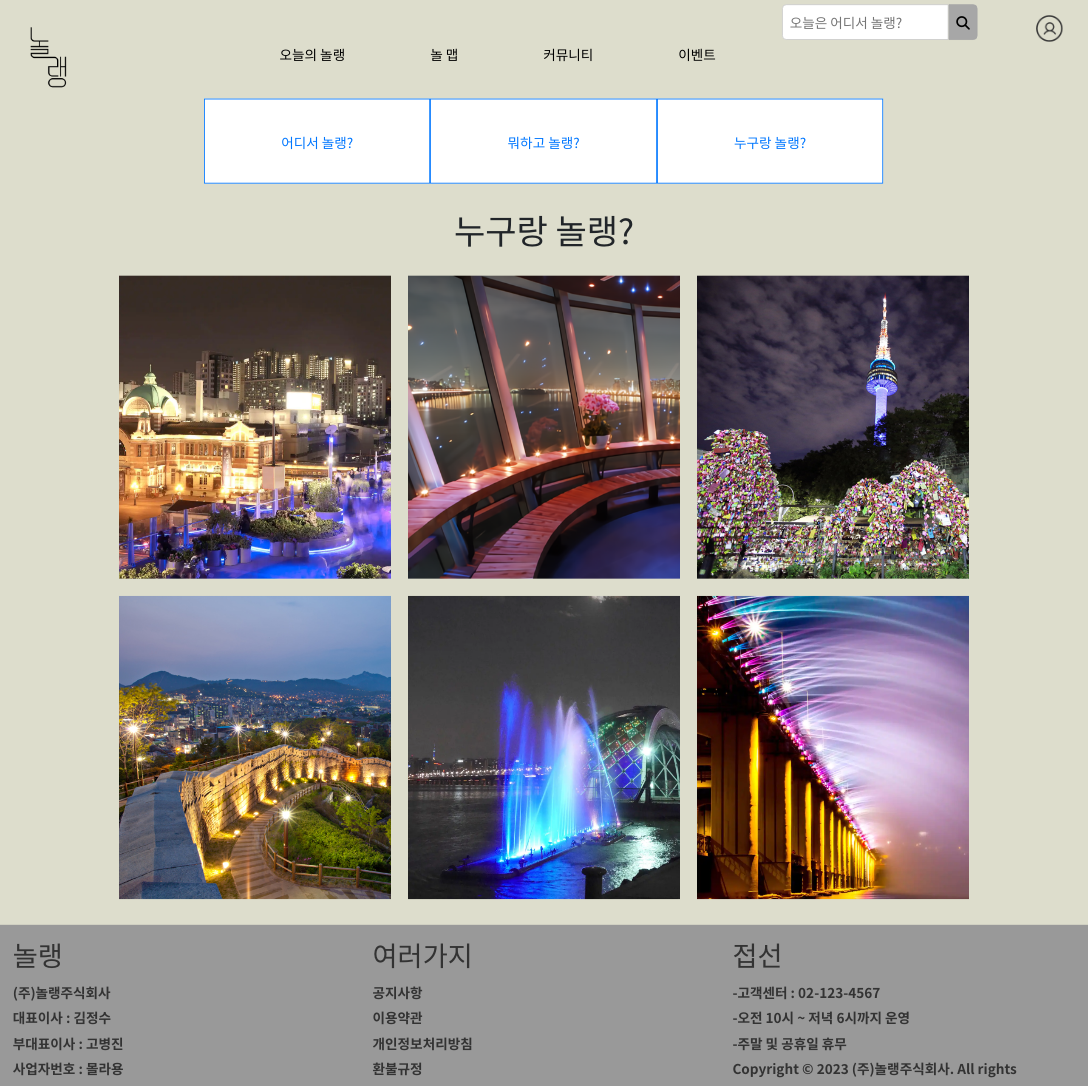
Repository: rrqrw/-
Page: http://localhost/noll_project/who/who2.jsp
The author's editor kept a copy of each file at every save. The page is drawn from the files as they stood at one save, then again after the next save.
The browser window is 1280 px wide. The pictures show the whole page, at 85% of full size.
Some web fonts or font styles are not loaded; a fallback is used. Some web libraries are served in a nearby version. The page is served by Tomcat 9.

Above is the page before, as saved 2023-12-12 12:18:27.

After the next save:
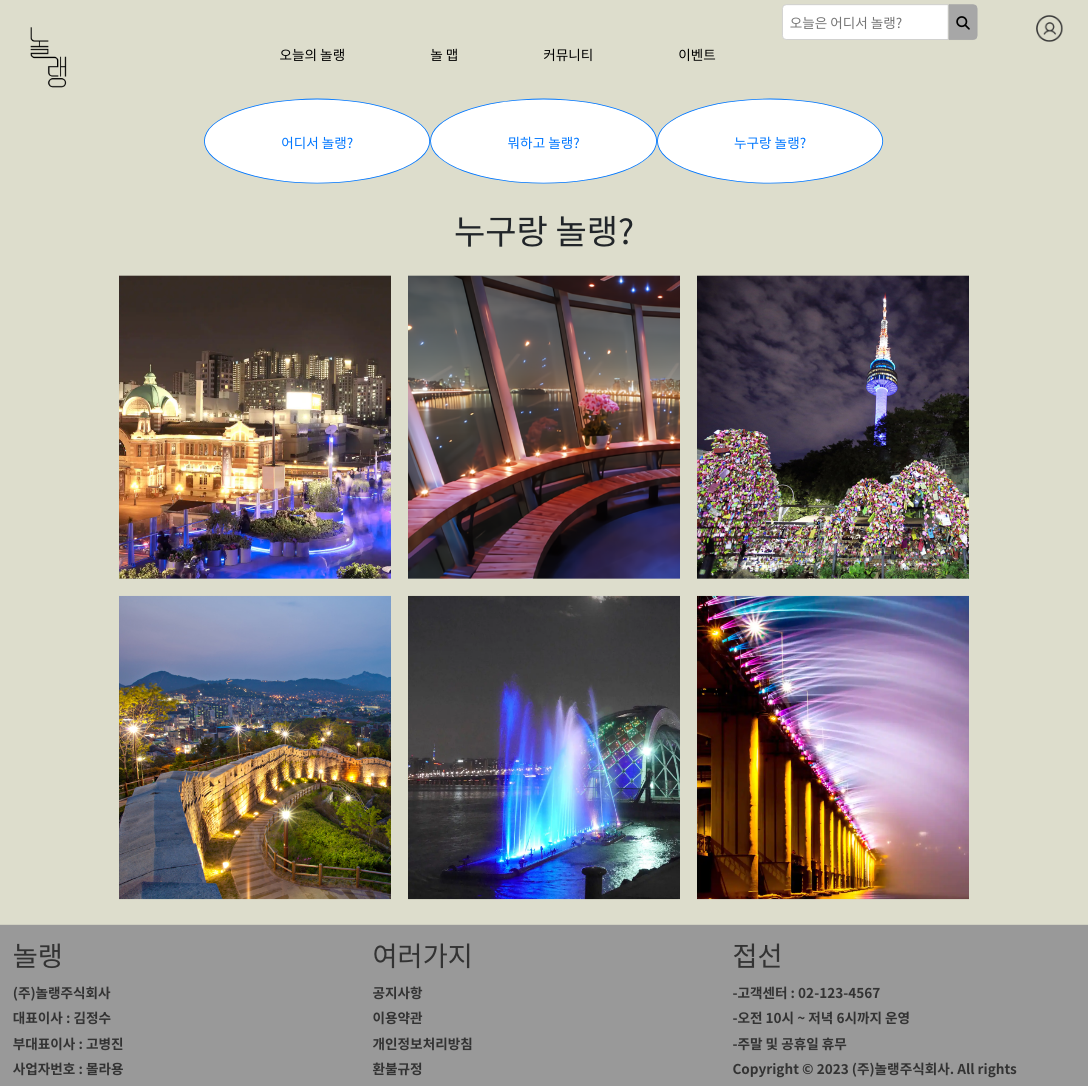
Saved 14 s later.
--- a/noll_project/src/main/webapp/resources/css/style.css
+++ b/noll_project/src/main/webapp/resources/css/style.css
@@ -522,14 +522,12 @@
 .menu{
   width: 800px;
   height: 100px;
-  border-radius: 30%;
+
  margin: 0 auto;
  margin-top: 20px;
- border-radius: 50%;
-}
-.menu ul{
-	border-radius: 50%;
-}
+
+}
+
 .menu ul li{
   float: left;
   width: 33.3%;
@@ -539,6 +537,7 @@
   text-align: center;
   background: white;
   border: 1px solid rgb(0, 119, 255);
+  border-radius: 50%;
 }
 .menu ul li a{
   display: block;

After the save that followed:
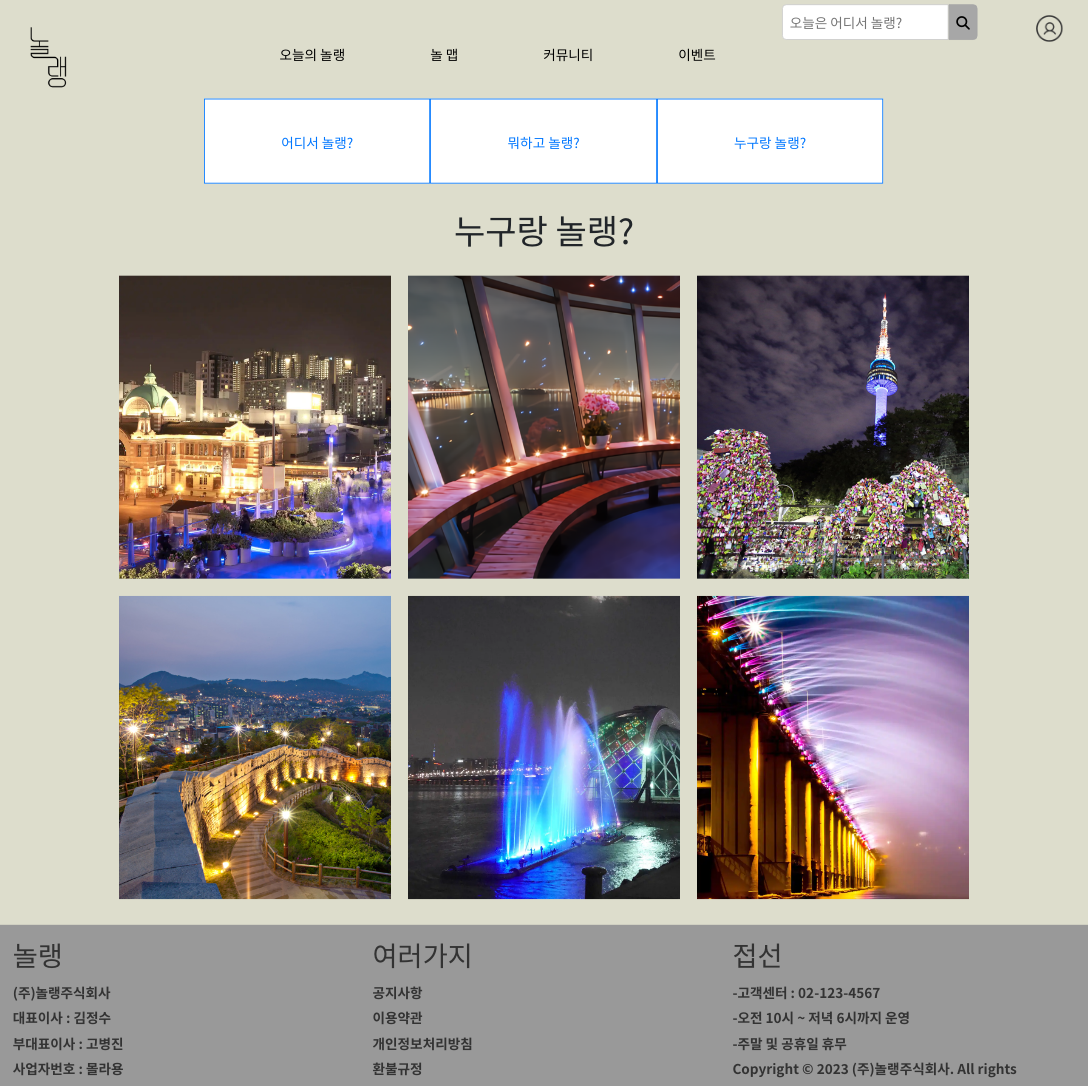
Saved 19 s later.
--- a/noll_project/src/main/webapp/resources/css/style.css
+++ b/noll_project/src/main/webapp/resources/css/style.css
@@ -537,7 +537,6 @@
   text-align: center;
   background: white;
   border: 1px solid rgb(0, 119, 255);
-  border-radius: 50%;
 }
 .menu ul li a{
   display: block;
